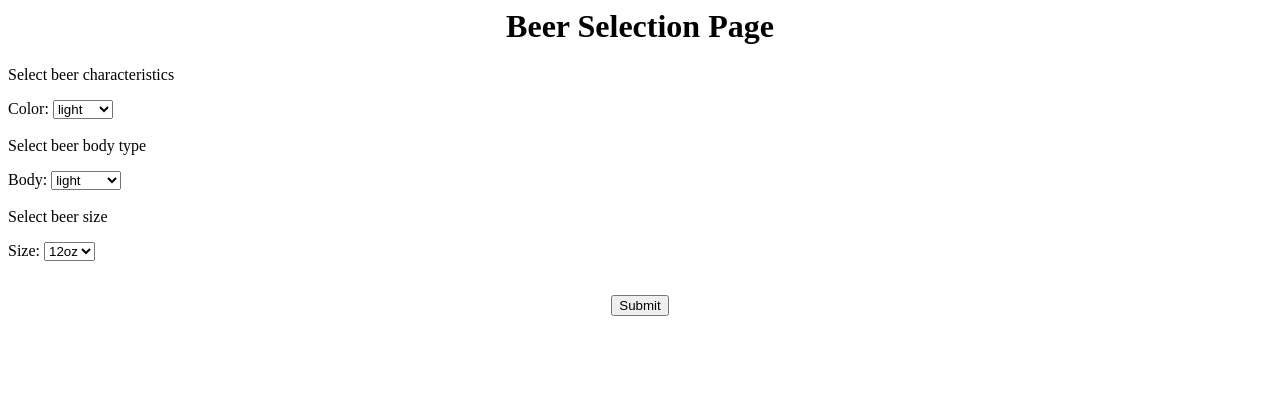
Repository: weshayutin/java258Online
Page: workspace/Week2BeerApp/WebContent/form.html
These files come from the project's save history. The page is drawn as it stood at one moment and after the next save; the edit follows.
The browser window is 1280 px wide. The pictures show the whole page.

Above is the page before, as saved 2011-01-29 20:24:58.

After the next save:
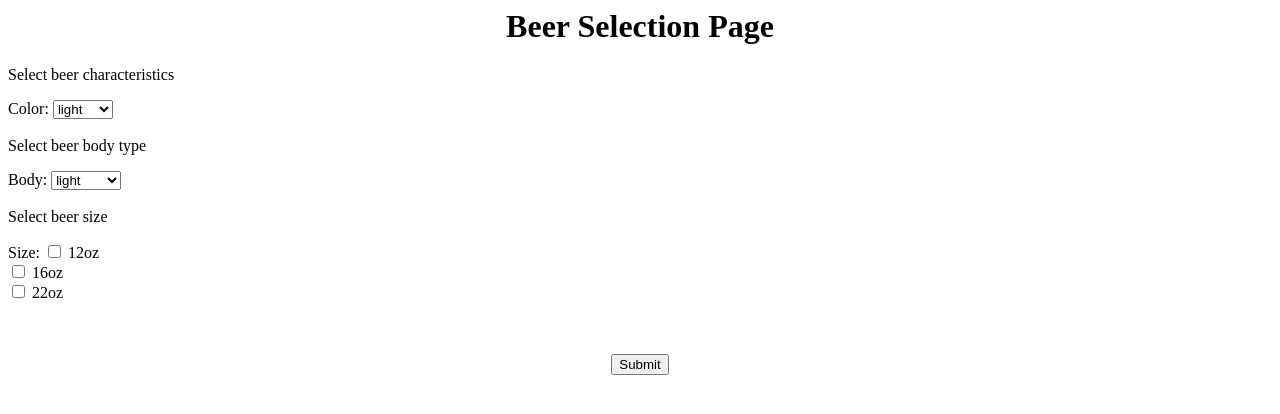
Saved 5 min 48 s later.
--- a/workspace/Week2BeerApp/WebContent/form.html
+++ b/workspace/Week2BeerApp/WebContent/form.html
@@ -21,11 +21,9 @@
 	<br><br>
 	Select beer size<p>
 	Size:
-	<select name="size" size="1">
-	   <option>12oz
-	   <option>16oz
-	   <option>22oz
-	</select>
+	<input type="checkbox" name="size" value="12oz" /> 12oz <br>
+	<input type="checkbox" name="size" value="16oz" /> 16oz <br>
+	<input type="checkbox" name="size" value="12oz" /> 22oz <br>
 	<br><br>
 
 	<center>
